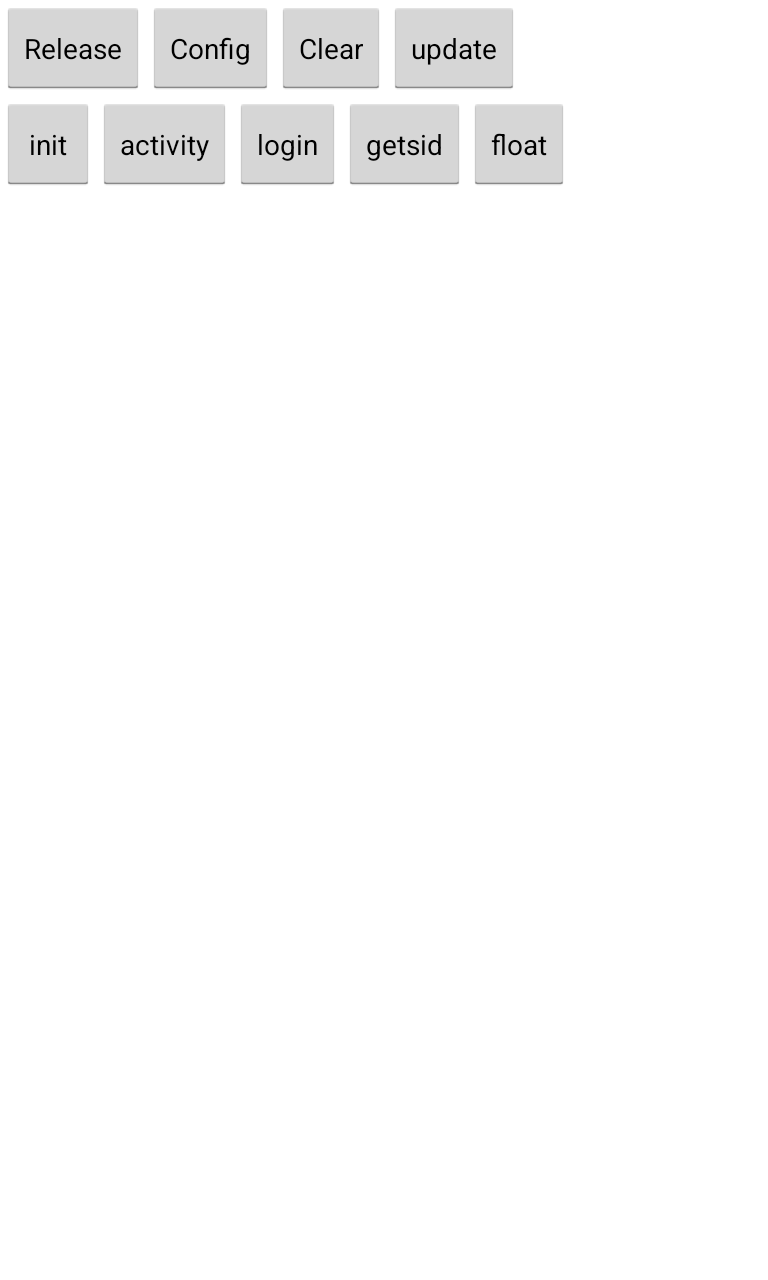
Repository: XClouded/dynamicCall
Layout: UCGameSdk/res/layout/activity_dex_loader.xml
An editor plug-in stored every save of this project. The layout is shown before and after the next save, followed by the edit.
It is drawn on a 768 x 1280 px phone screen (xhdpi) without system bars, with theme AppTheme; the app's code is not run.

Above is the layout before, as saved 2013-07-19 07:03:46.

### UCGameSdk/res/layout/activity_dex_loader.xml
<LinearLayout xmlns:android="http://schemas.android.com/apk/res/android"
    xmlns:tools="http://schemas.android.com/tools"
    android:layout_width="match_parent"
    android:layout_height="match_parent"
    android:orientation="vertical"
 >
    <LinearLayout
        android:layout_width="match_parent"
        android:layout_height="wrap_content"
        android:orientation="horizontal" >

        <Button
            android:id="@+id/btn_release"
            style="?android:attr/buttonStyleSmall"
            android:layout_width="wrap_content"
            android:layout_height="wrap_content"
            android:text="Release" />

        <Button
            android:id="@+id/button1"
            style="?android:attr/buttonStyleSmall"
            android:layout_width="wrap_content"
            android:layout_height="wrap_content"
            android:text="Config" />

        <Button
            android:id="@+id/btn_clear"
            style="?android:attr/buttonStyleSmall"
            android:layout_width="wrap_content"
            android:layout_height="wrap_content"
            android:text="Clear" />

        <Button
            android:id="@+id/btn_update"
            style="?android:attr/buttonStyleSmall"
            android:layout_width="wrap_content"
            android:layout_height="wrap_content"
            android:text="update" />

    </LinearLayout>

    <LinearLayout
        android:layout_width="match_parent"
        android:layout_height="wrap_content" >

        <Button
            android:id="@+id/btn_init"
            style="?android:attr/buttonStyleSmall"
            android:layout_width="wrap_content"
            android:layout_height="wrap_content"
            android:text="init" />

        <Button
            android:id="@+id/btn_activity"
            style="?android:attr/buttonStyleSmall"
            android:layout_width="wrap_content"
            android:layout_height="wrap_content"
            android:text="activity" />

        <Button
            android:id="@+id/btn_login"
            style="?android:attr/buttonStyleSmall"
            android:layout_width="wrap_content"
            android:layout_height="wrap_content"
            android:text="login" />

        <Button
            android:id="@+id/btn_getsid"
            style="?android:attr/buttonStyleSmall"
            android:layout_width="wrap_content"
            android:layout_height="wrap_content"
            android:text="getsid" />

        <Button
            android:id="@+id/btn_float"
            style="?android:attr/buttonStyleSmall"
            android:layout_width="wrap_content"
            android:layout_height="wrap_content"
            android:text="float" />

    </LinearLayout>

    <ScrollView
        android:id="@+id/scrollView"
        android:layout_width="match_parent"
        android:layout_height="match_parent" >

        <TextView
            android:id="@+id/textView3"
            android:layout_width="match_parent"
            android:layout_height="match_parent"
            android:text="" />

    </ScrollView>

    <LinearLayout
        android:layout_width="match_parent"
        android:layout_height="wrap_content" >

    </LinearLayout>

</LinearLayout>

Loaded but not shown: UCGameSdk/res/values/styles.xml (common file); UCGameSdk/res/values-v11/styles.xml (common file); UCGameSdk/res/values-v14/styles.xml (common file)

After the next save:
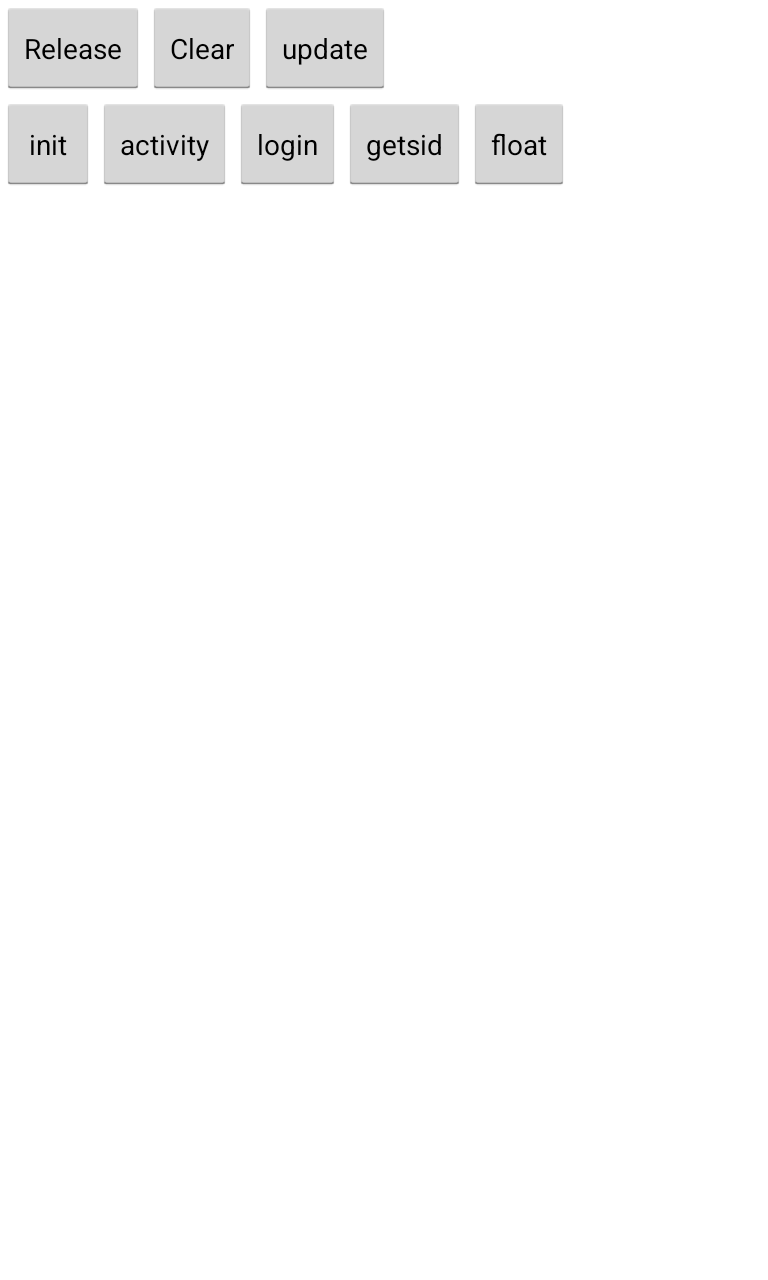
Saved 22 min 23 s later.
--- a/UCGameSdk/res/layout/activity_dex_loader.xml
+++ b/UCGameSdk/res/layout/activity_dex_loader.xml
@@ -15,13 +15,6 @@
             android:layout_width="wrap_content"
             android:layout_height="wrap_content"
             android:text="Release" />
-
-        <Button
-            android:id="@+id/button1"
-            style="?android:attr/buttonStyleSmall"
-            android:layout_width="wrap_content"
-            android:layout_height="wrap_content"
-            android:text="Config" />
 
         <Button
             android:id="@+id/btn_clear"
